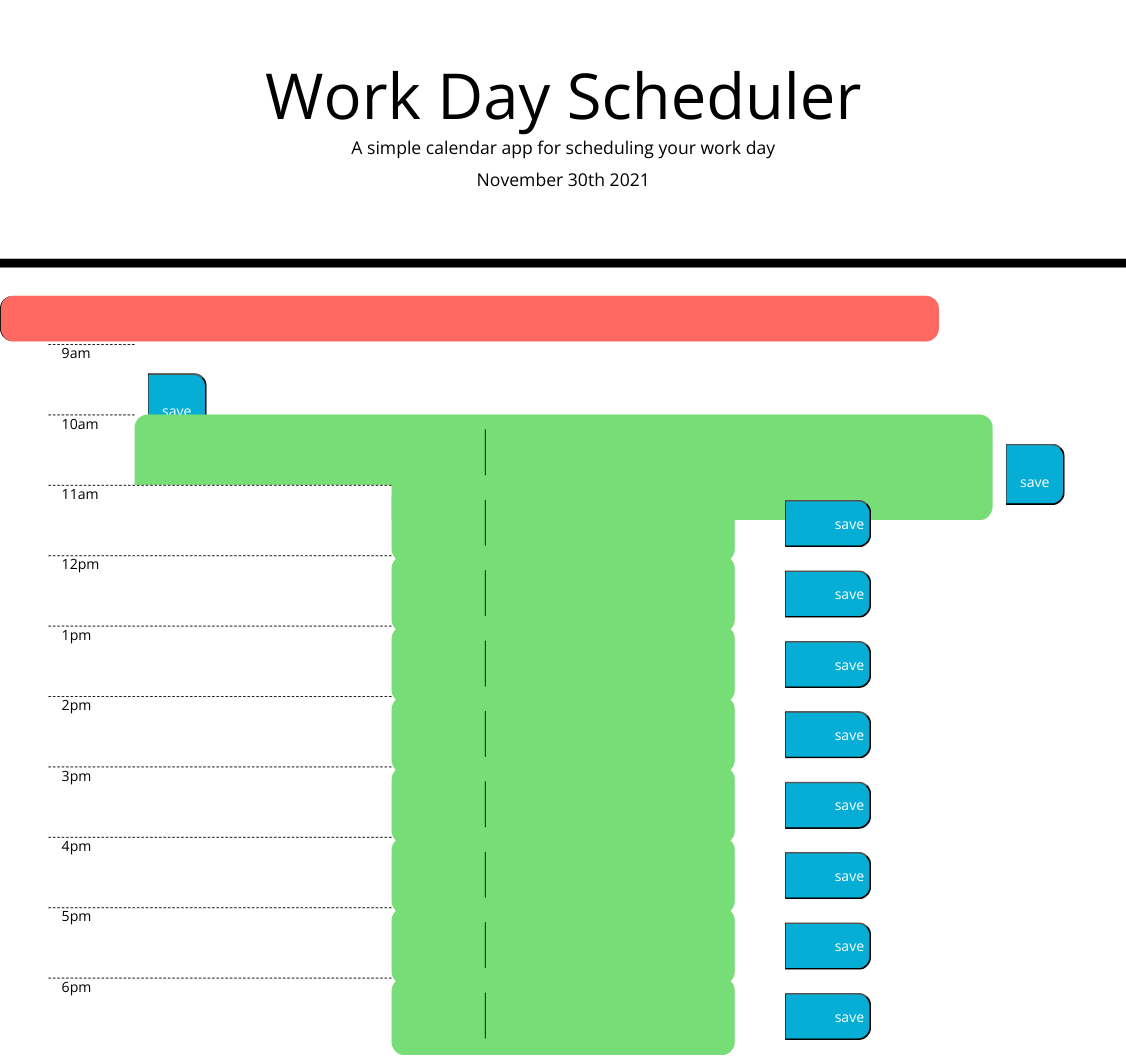
Repository: Naomilounsbury/work-day-scheduler
Page: index.html
These files come from the project's save history. The page is drawn as it stood at one moment and after the next save; the edit follows.
The browser window is 1280 px wide. The pictures show the whole page, at 88% of full size.
Some web libraries are served in a nearby version.

Above is the page before, as saved 2021-12-04 13:49:19.

After the next save:
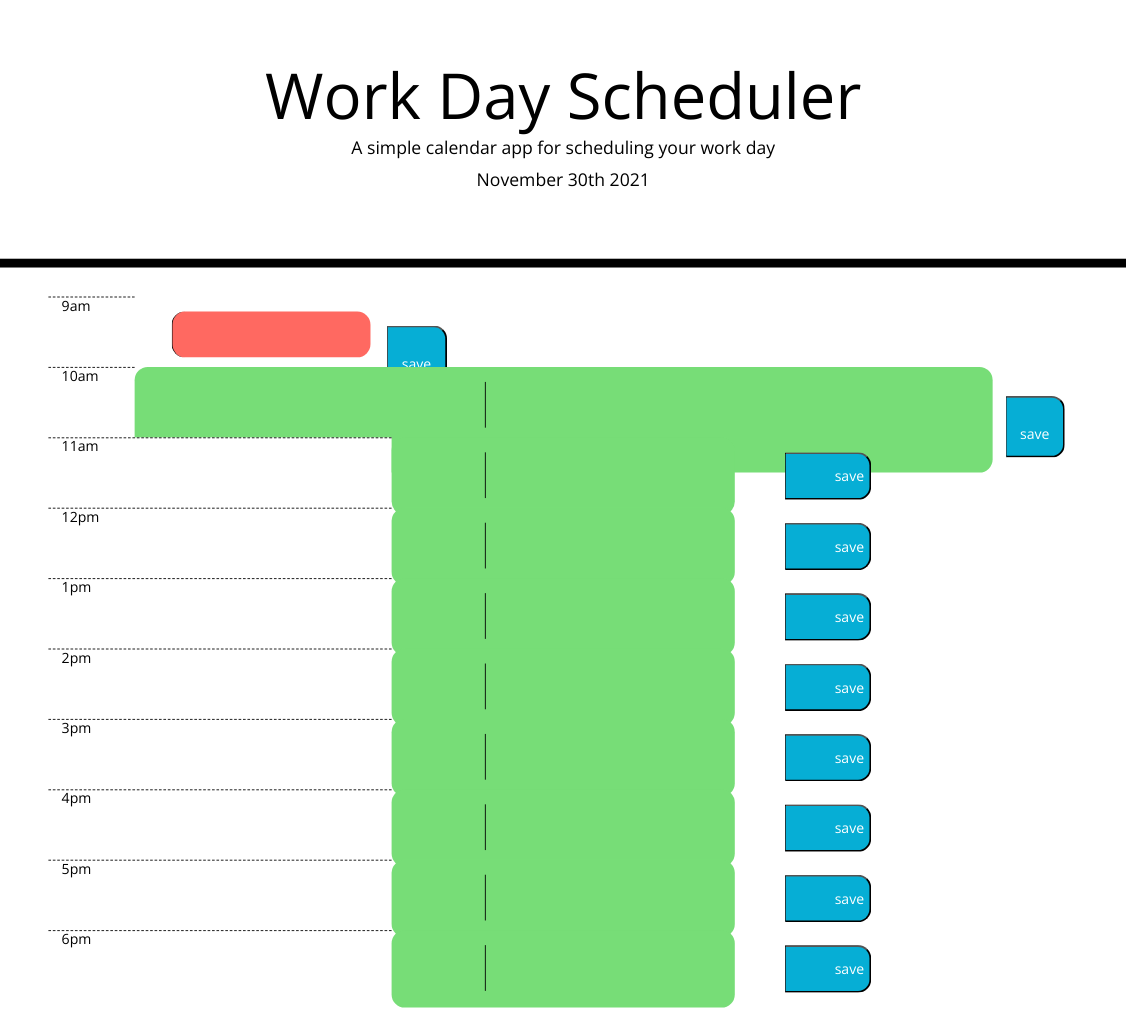
Saved 58 s later.
--- a/index.html
+++ b/index.html
@@ -24,10 +24,10 @@
     <table class="container">
       <tr class="row">
         <td class="hour col-lg-1">9am</td>
-                 <!-- all of my textareas are called btn which is ironic because they arent btns -->
-          <textarea id="btn9"class="time-block col-lg-10">
+        <td id="9">          <!-- all of my textareas are called btn which is ironic because they arent btns -->
+          <textarea id="btn9" class="time-block col-lg-10">
           </textarea>
-
+        </td>
         <td class="col-lg-1">
           <button class="saveBtn" value="9">
             save
